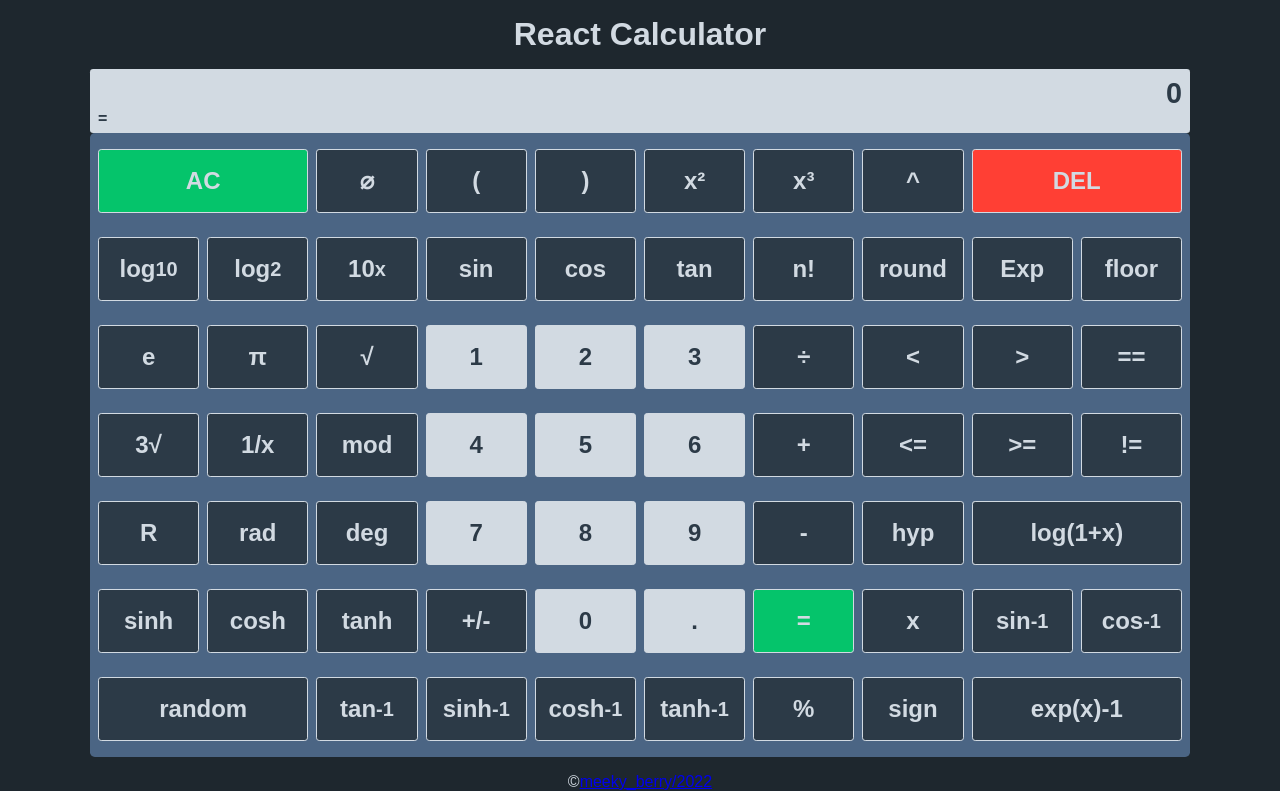
Repository: MikkyPrestige/calculator
Page: /
An editor plug-in stored every save of this project. The page is shown before and after the next save, followed by the edit.
The browser window is 1280 px wide. The pictures show the whole page.
The project was rebuilt for these pictures with package versions that can differ from the ones it lists, and the page was loaded fresh each time.

Above is the page before, as saved 2022-11-18 05:05:27.

After the next save:
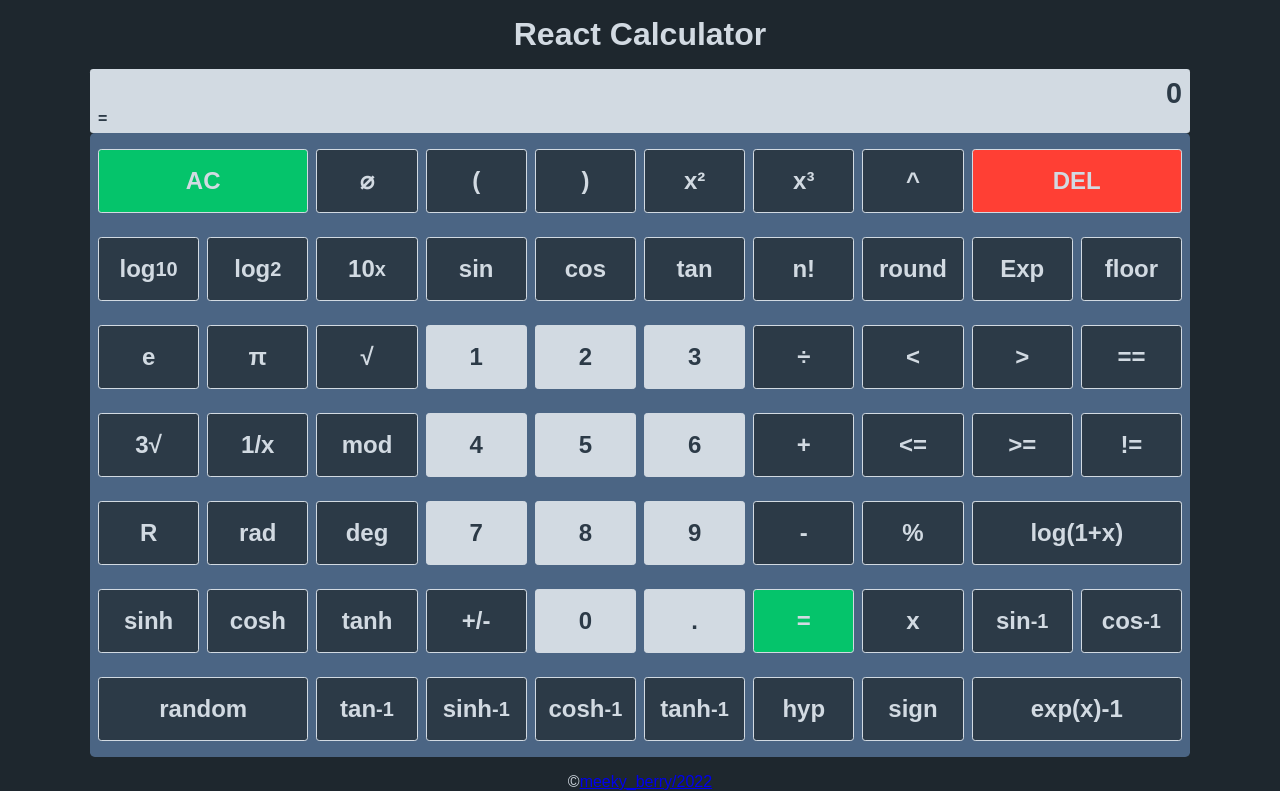
Saved 65 s later.
--- a/src/index.css
+++ b/src/index.css
@@ -236,7 +236,7 @@ body {
   grid-row: 5 / 6;
 }
 
-.hyp {
+.percentage {
   grid-column: 8 / 9;
   grid-row: 5 / 6;
 }
@@ -288,7 +288,7 @@ body {
   color: #2C3A47;
 }
 
-.percentage {
+.hyp {
   grid-column: 7 / 8;
   grid-row: 7 / 8;
 }
